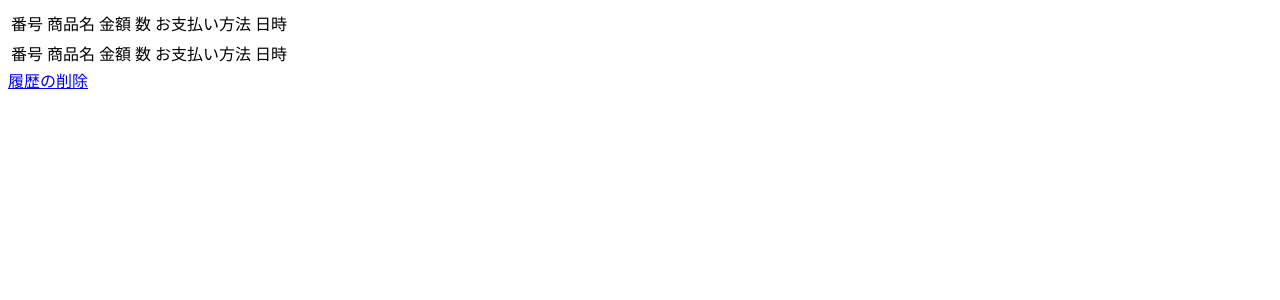
Repository: kousuke-2047/test
Page: http://localhost/Rensyu/mypage.jsp
An editor plug-in stored every save of this project. The page is shown before and after the next save, followed by the edit.
The browser window is 1280 px wide. The pictures show the whole page.
The page is served by Tomcat 9. Other server files are loaded and not shown.

Above is the page before, as saved 2018-06-06 07:48:01.

### Rensyu/WebContent/mypage.jsp
<%@ page language="java" contentType="text/html; charset=UTF-8"
    pageEncoding="UTF-8"%>
<%@ taglib prefix ="s" uri="/struts-tags" %>
<!DOCTYPE html>
<html>
<head>
	<meta http-equiv="Content-Type" content="text/html; charset=UTF-8">
	<meta http-equiv="Content-Style-Type" content="text/css"/>
	<meta http-equiv="Content-Script-Type" content= "text/javascript" />
	<meta http-equiv="imagetoolbar" content= "no" />
	<meta name = "description" content="" />
	<meta name="keywords" content="" />
<title>マイページ画面</title>
</head>
<body>

	<table>
		<tr>
			<td>番号</td>
			<td>商品名</td>
			<td>金額</td>
			<td>数</td>
			<td>お支払い方法</td>
			<td>日時</td>
		</tr>

		<s:iterator value = "mypageList">
		<tr>
			<td><s:property value = "id"/></td>
			<td><s:property value = "itemName"/></td>
			<td><s:property value = "totalPrice"/></td>
			<td><s:property value = "totalCount"/></td>
			<td><s:property value = "pay"/></td>
			<td><s:property value = "insertdate"/></td>
		</tr>
		</s:iterator>
	</table>

	<s:form action = "DeleteHAction">
		<table>
			<tr>
			<td>番号</td>
			<td>商品名</td>
			<td>金額</td>
			<td>数</td>
			<td>お支払い方法</td>
			<td>日時</td>
			</tr>

			<s:iterator value = "mypageList">
			<tr>
				<td><input type="checkbox" name="ID" value="deleteid"/><s:property value = "id"/></td>
				<td><s:property value = "itemName"/></td>
				<td><s:property value = "totalPrice"/></td>
				<td><s:property value = "totalCount"/></td>
				<td><s:property value = "pay"/></td>
				<td><s:property value = "insertdate"/></td>
			</tr>
			</s:iterator>
		</table>
	</s:form>

	<a href ='<s:url action = "DeleteHAction"/>'>履歴の削除</a>

</body>
</html>

After the next save:
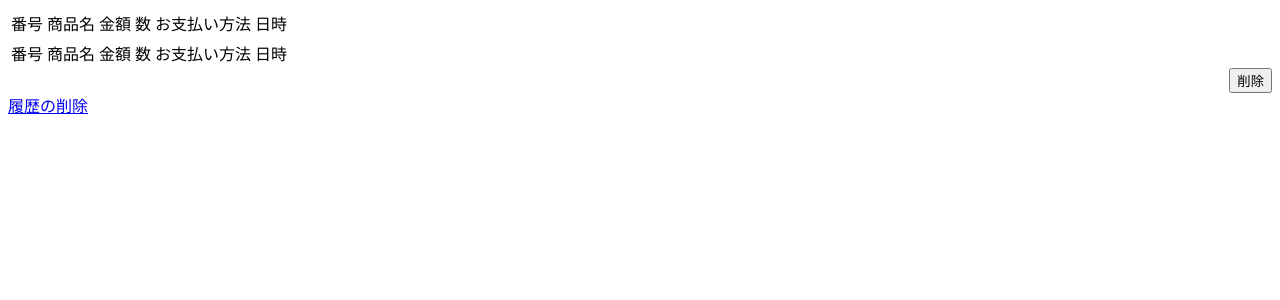
Saved 8 min 36 s later.
--- a/Rensyu/WebContent/mypage.jsp
+++ b/Rensyu/WebContent/mypage.jsp
@@ -49,7 +49,7 @@
 
 			<s:iterator value = "mypageList">
 			<tr>
-				<td><input type="checkbox" name="ID" value="deleteid"/><s:property value = "id"/></td>
+				<td><input type="checkbox" name="<s:property value='id'/>" value="deleteid"/><s:property value = "id"/></td>
 				<td><s:property value = "itemName"/></td>
 				<td><s:property value = "totalPrice"/></td>
 				<td><s:property value = "totalCount"/></td>
@@ -58,6 +58,8 @@
 			</tr>
 			</s:iterator>
 		</table>
+
+		<s:submit value ="削除"/>
 	</s:form>
 
 	<a href ='<s:url action = "DeleteHAction"/>'>履歴の削除</a>
